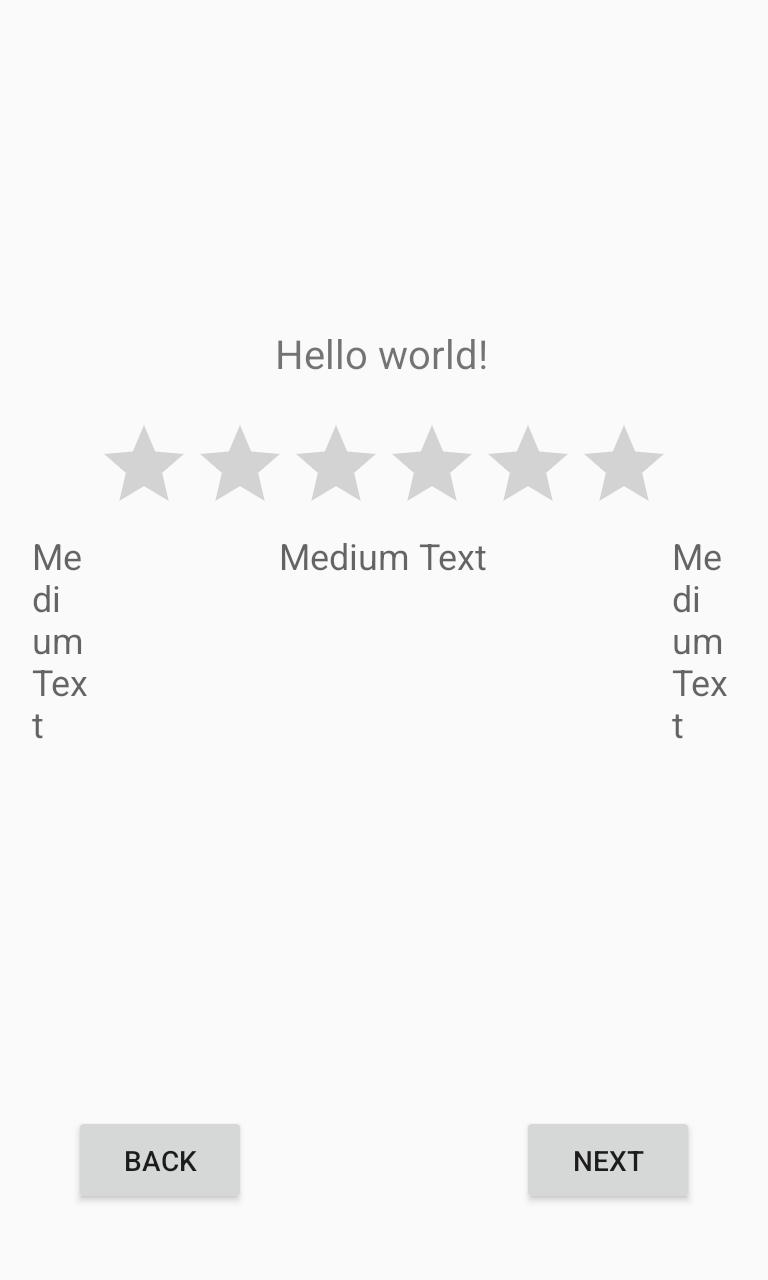
Repository: stevelyall/ERapp
Layout: ERsurvey/res/layout/activity_survey.xml
These files come from the project's save history. The layout is drawn as it stood at one moment and after the next save; the edit follows.
It is drawn on a 768 x 1280 px phone screen (xhdpi) without system bars, with theme AppTheme; the app's code is not run.

Above is the layout before, as saved 2014-10-26 01:52:50.

### ERsurvey/res/layout/activity_survey.xml
<LinearLayout xmlns:android="http://schemas.android.com/apk/res/android"
    xmlns:tools="http://schemas.android.com/tools"
    android:id="@+id/l1"
    android:layout_width="match_parent"
    android:layout_height="match_parent"
    android:orientation="vertical" >

    <RelativeLayout
        android:layout_width="match_parent"
        android:layout_height="match_parent"
        android:paddingBottom="@dimen/activity_vertical_margin"
        android:paddingLeft="@dimen/activity_horizontal_margin"
        android:paddingRight="@dimen/activity_horizontal_margin"
        android:paddingTop="@dimen/activity_vertical_margin"
        tools:context="ca.stevenlyall.ersurvey.MainActivity" >

        <Button
            android:id="@+id/backButton"
            android:layout_width="wrap_content"
            android:layout_height="wrap_content"
            android:layout_alignParentBottom="true"
            android:layout_alignParentLeft="true"
            android:layout_marginBottom="20dp"
            android:layout_marginLeft="20dp"
            android:text="@string/back" />

        <Button
            android:id="@+id/nextButton"
            android:layout_width="wrap_content"
            android:layout_height="wrap_content"
            android:layout_alignBaseline="@id/backButton"
            android:layout_alignBottom="@id/backButton"
            android:layout_alignParentRight="true"
            android:layout_marginRight="20dp"
            android:text="@string/next" />

        <RatingBar
            android:id="@+id/rating"
            android:layout_width="wrap_content"
            android:layout_height="wrap_content"
            android:layout_above="@+id/lowDesc"
            android:layout_centerHorizontal="true"
            android:indeterminate="false"
            android:numStars="6"
            android:stepSize="1.0" />

        <TextView
            android:id="@+id/medDesc"
            android:layout_width="wrap_content"
            android:layout_height="wrap_content"
            android:layout_below="@+id/rating"
            android:layout_centerHorizontal="true"
            android:text="Medium Text"
            android:textAppearance="?android:attr/textAppearanceMedium" />

        <TextView
            android:id="@+id/highDesc"
            android:layout_width="wrap_content"
            android:layout_height="wrap_content"
            android:layout_centerVertical="true"
            android:layout_toRightOf="@+id/rating"
            android:text="Medium Text"
            android:textAppearance="?android:attr/textAppearanceMedium" />

        <TextView
            android:id="@+id/questionTextView"
            android:layout_width="wrap_content"
            android:layout_height="wrap_content"
            android:layout_alignBottom="@+id/medDesc"
            android:layout_alignRight="@+id/medDesc"
            android:layout_marginBottom="100dp"
            android:gravity="center_horizontal"
            android:text="@string/hello_world"
            android:textSize="20sp" />

        <TextView
            android:id="@+id/lowDesc"
            android:layout_width="wrap_content"
            android:layout_height="wrap_content"
            android:layout_alignBaseline="@+id/highDesc"
            android:layout_alignBottom="@+id/highDesc"
            android:layout_toLeftOf="@+id/rating"
            android:text="Medium Text"
            android:textAppearance="?android:attr/textAppearanceMedium" />
    </RelativeLayout>

</LinearLayout>

### ERsurvey/res/values/strings.xml
<?xml version="1.0" encoding="utf-8"?>
<resources>

    <string name="app_name">ERsurvey</string>
    <string name="hello_world">Hello world!</string>
    <string name="action_settings">Settings</string>
    <string name="back">Back</string>
    <string name="next">Next</string>

</resources>

### ERsurvey/res/values/colors.xml
<?xml version="1.0" encoding="utf-8"?>
<resources>
 <color name="White">#FFFFFF</color>
 <color name="Ivory">#FFFFF0</color>
 <color name="LightYellow">#FFFFE0</color>
 <color name="Yellow">#FFFF00</color>
 <color name="Snow">#FFFAFA</color>
 <color name="FloralWhite">#FFFAF0</color>
 <color name="LemonChiffon">#FFFACD</color>
 <color name="Cornsilk">#FFF8DC</color>
 <color name="Seashell">#FFF5EE</color>
 <color name="LavenderBlush">#FFF0F5</color>
 <color name="PapayaWhip">#FFEFD5</color>
 <color name="BlanchedAlmond">#FFEBCD</color>
 <color name="MistyRose">#FFE4E1</color>
 <color name="Bisque">#FFE4C4</color>
 <color name="Moccasin">#FFE4B5</color>
 <color name="NavajoWhite">#FFDEAD</color>
 <color name="PeachPuff">#FFDAB9</color>
 <color name="Gold">#FFD700</color>
 <color name="Pink">#FFC0CB</color>
 <color name="LightPink">#FFB6C1</color>
 <color name="Orange">#FFA500</color>
 <color name="LightSalmon">#FFA07A</color>
 <color name="DarkOrange">#FF8C00</color>
 <color name="Coral">#FF7F50</color>
 <color name="HotPink">#FF69B4</color>
 <color name="Tomato">#FF6347</color>
 <color name="OrangeRed">#FF4500</color>
 <color name="DeepPink">#FF1493</color>
 <color name="Fuchsia">#FF00FF</color>
 <color name="Magenta">#FF00FF</color>
 <color name="Red">#FF0000</color>
 <color name="OldLace">#FDF5E6</color>
 <color name="LightGoldenrodYellow">#FAFAD2</color>
 <color name="Linen">#FAF0E6</color>
 <color name="AntiqueWhite">#FAEBD7</color>
 <color name="Salmon">#FA8072</color>
 <color name="GhostWhite">#F8F8FF</color>
 <color name="MintCream">#F5FFFA</color>
 <color name="WhiteSmoke">#F5F5F5</color>
 <color name="Beige">#F5F5DC</color>
 <color name="Wheat">#F5DEB3</color>
 <color name="SandyBrown">#F4A460</color>
 <color name="Azure">#F0FFFF</color>
 <color name="Honeydew">#F0FFF0</color>
 <color name="AliceBlue">#F0F8FF</color>
 <color name="Khaki">#F0E68C</color>
 <color name="LightCoral">#F08080</color>
 <color name="PaleGoldenrod">#EEE8AA</color>
 <color name="Violet">#EE82EE</color>
 <color name="DarkSalmon">#E9967A</color>
 <color name="Lavender">#E6E6FA</color>
 <color name="LightCyan">#E0FFFF</color>
 <color name="BurlyWood">#DEB887</color>
 <color name="Plum">#DDA0DD</color>
 <color name="Gainsboro">#DCDCDC</color>
 <color name="Crimson">#DC143C</color>
 <color name="PaleVioletRed">#DB7093</color>
 <color name="Goldenrod">#DAA520</color>
 <color name="Orchid">#DA70D6</color>
 <color name="Thistle">#D8BFD8</color>
 <color name="LightGrey">#D3D3D3</color>
 <color name="Tan">#D2B48C</color>
 <color name="Chocolate">#D2691E</color>
 <color name="Peru">#CD853F</color>
 <color name="IndianRed">#CD5C5C</color>
 <color name="MediumVioletRed">#C71585</color>
 <color name="Silver">#C0C0C0</color>
 <color name="DarkKhaki">#BDB76B</color>
 <color name="RosyBrown">#BC8F8F</color>
 <color name="MediumOrchid">#BA55D3</color>
 <color name="DarkGoldenrod">#B8860B</color>
 <color name="FireBrick">#B22222</color>
 <color name="PowderBlue">#B0E0E6</color>
 <color name="LightSteelBlue">#B0C4DE</color>
 <color name="PaleTurquoise">#AFEEEE</color>
 <color name="GreenYellow">#ADFF2F</color>
 <color name="LightBlue">#ADD8E6</color>
 <color name="DarkGray">#A9A9A9</color>
 <color name="Brown">#A52A2A</color>
 <color name="Sienna">#A0522D</color>
 <color name="YellowGreen">#9ACD32</color>
 <color name="DarkOrchid">#9932CC</color>
 <color name="PaleGreen">#98FB98</color>
 <color name="DarkViolet">#9400D3</color>
 <color name="MediumPurple">#9370DB</color>
 <color name="LightGreen">#90EE90</color>
 <color name="DarkSeaGreen">#8FBC8F</color>
 <color name="SaddleBrown">#8B4513</color>
 <color name="DarkMagenta">#8B008B</color>
 <color name="DarkRed">#8B0000</color>
 <color name="BlueViolet">#8A2BE2</color>
 <color name="LightSkyBlue">#87CEFA</color>
 <color name="SkyBlue">#87CEEB</color>
 <color name="Gray">#808080</color>
 <color name="Olive">#808000</color>
 <color name="Purple">#800080</color>
 <color name="Maroon">#800000</color>
 <color name="Aquamarine">#7FFFD4</color>
 <color name="Chartreuse">#7FFF00</color>
 <color name="LawnGreen">#7CFC00</color>
 <color name="MediumSlateBlue">#7B68EE</color>
 <color name="LightSlateGray">#778899</color>
 <color name="SlateGray">#708090</color>
 <color name="OliveDrab">#6B8E23</color>
 <color name="SlateBlue">#6A5ACD</color>
 <color name="DimGray">#696969</color>
 <color name="MediumAquamarine">#66CDAA</color>
 <color name="CornflowerBlue">#6495ED</color>
 <color name="CadetBlue">#5F9EA0</color>
 <color name="DarkOliveGreen">#556B2F</color>
 <color name="Indigo">#4B0082</color>
 <color name="MediumTurquoise">#48D1CC</color>
 <color name="DarkSlateBlue">#483D8B</color>
 <color name="SteelBlue">#4682B4</color>
 <color name="RoyalBlue">#4169E1</color>
 <color name="Turquoise">#40E0D0</color>
 <color name="MediumSeaGreen">#3CB371</color>
 <color name="LimeGreen">#32CD32</color>
 <color name="DarkSlateGray">#2F4F4F</color>
 <color name="SeaGreen">#2E8B57</color>
 <color name="ForestGreen">#228B22</color>
 <color name="LightSeaGreen">#20B2AA</color>
 <color name="DodgerBlue">#1E90FF</color>
 <color name="MidnightBlue">#191970</color>
 <color name="Aqua">#00FFFF</color>
 <color name="Cyan">#00FFFF</color>
 <color name="SpringGreen">#00FF7F</color>
 <color name="Lime">#00FF00</color>
 <color name="MediumSpringGreen">#00FA9A</color>
 <color name="DarkTurquoise">#00CED1</color>
 <color name="DeepSkyBlue">#00BFFF</color>
 <color name="DarkCyan">#008B8B</color>
 <color name="Teal">#008080</color>
 <color name="Green">#008000</color>
 <color name="DarkGreen">#006400</color>
 <color name="Blue">#0000FF</color>
 <color name="MediumBlue">#0000CD</color>
 <color name="DarkBlue">#00008B</color>
 <color name="Navy">#000080</color>
 <color name="Black">#000000</color>
</resources>

Loaded but not shown: ERsurvey/res/values/styles.xml (common file); ERsurvey/res/values-v11/styles.xml (common file); ERsurvey/res/values-v14/styles.xml (common file); ERsurvey/res/values/dimens.xml (common file); ERsurvey/res/values-w820dp/dimens.xml (common file)

After the next save:
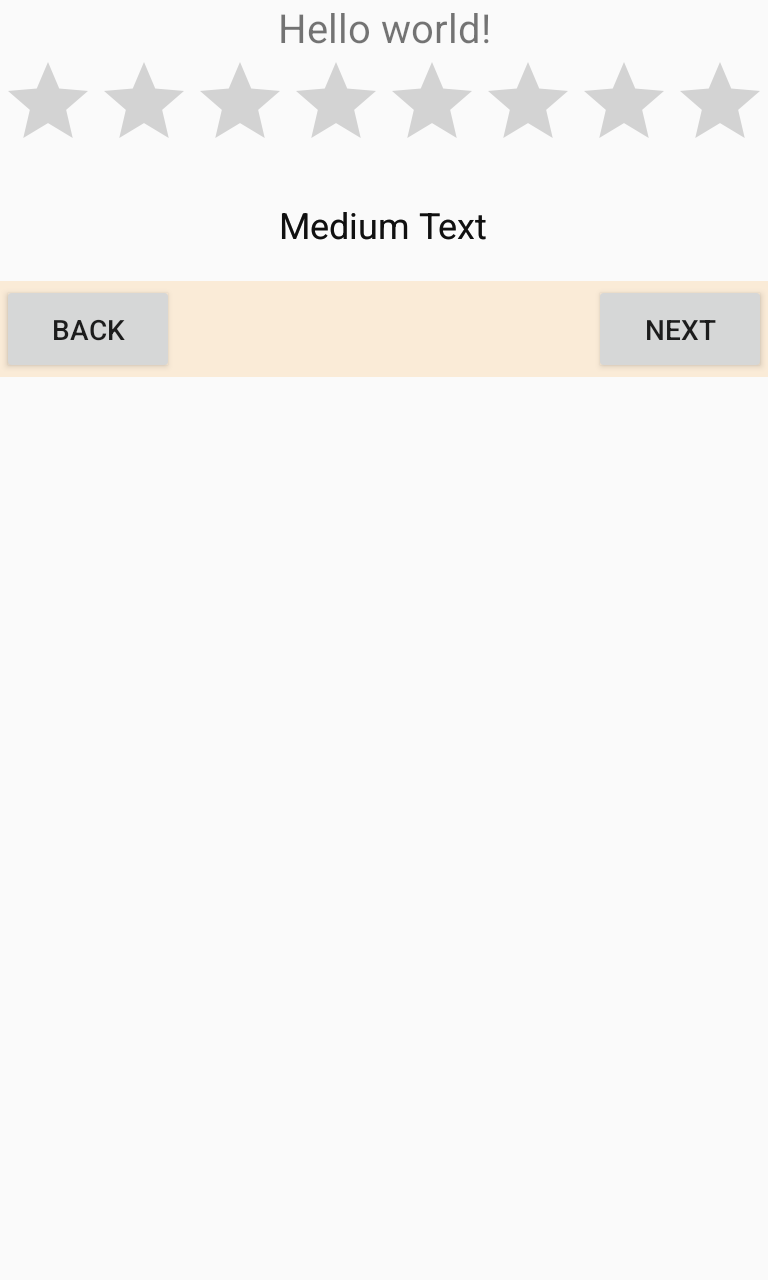
Saved 9 min 37 s later.
--- a/ERsurvey/res/layout/activity_survey.xml
+++ b/ERsurvey/res/layout/activity_survey.xml
@@ -5,50 +5,49 @@
     android:layout_height="match_parent"
     android:orientation="vertical" >
 
+    <TableRow
+        android:id="@+id/tableRow1"
+        android:layout_width="match_parent"
+        android:layout_height="wrap_content" >
+
+        <TextView
+            android:id="@+id/questionTextView"
+            android:layout_width="match_parent"
+            android:layout_height="wrap_content"
+            android:layout_marginBottom="0dp"
+            android:gravity="center_horizontal"
+            android:text="@string/hello_world"
+            android:textSize="20sp" />
+    </TableRow>
+
+    <TableRow
+        android:id="@+id/tableRow2"
+        android:layout_width="match_parent"
+        android:layout_height="wrap_content" >
+
+        <RatingBar
+            android:id="@+id/rating"
+            android:layout_width="match_parent"
+            android:layout_height="wrap_content"
+            android:layout_gravity="center_horizontal"
+            android:indeterminate="false"
+            android:numStars="6"
+            android:stepSize="1.0" />
+    </TableRow>
+
     <RelativeLayout
         android:layout_width="match_parent"
-        android:layout_height="match_parent"
+        android:layout_height="wrap_content"
         android:paddingBottom="@dimen/activity_vertical_margin"
         android:paddingLeft="@dimen/activity_horizontal_margin"
         android:paddingRight="@dimen/activity_horizontal_margin"
         android:paddingTop="@dimen/activity_vertical_margin"
         tools:context="ca.stevenlyall.ersurvey.MainActivity" >
 
-        <Button
-            android:id="@+id/backButton"
-            android:layout_width="wrap_content"
-            android:layout_height="wrap_content"
-            android:layout_alignParentBottom="true"
-            android:layout_alignParentLeft="true"
-            android:layout_marginBottom="20dp"
-            android:layout_marginLeft="20dp"
-            android:text="@string/back" />
-
-        <Button
-            android:id="@+id/nextButton"
-            android:layout_width="wrap_content"
-            android:layout_height="wrap_content"
-            android:layout_alignBaseline="@id/backButton"
-            android:layout_alignBottom="@id/backButton"
-            android:layout_alignParentRight="true"
-            android:layout_marginRight="20dp"
-            android:text="@string/next" />
-
-        <RatingBar
-            android:id="@+id/rating"
-            android:layout_width="wrap_content"
-            android:layout_height="wrap_content"
-            android:layout_above="@+id/lowDesc"
-            android:layout_centerHorizontal="true"
-            android:indeterminate="false"
-            android:numStars="6"
-            android:stepSize="1.0" />
-
         <TextView
             android:id="@+id/medDesc"
             android:layout_width="wrap_content"
             android:layout_height="wrap_content"
-            android:layout_below="@+id/rating"
             android:layout_centerHorizontal="true"
             android:text="Medium Text"
             android:textAppearance="?android:attr/textAppearanceMedium" />
@@ -57,21 +56,10 @@
             android:id="@+id/highDesc"
             android:layout_width="wrap_content"
             android:layout_height="wrap_content"
+            android:layout_centerHorizontal="true"
             android:layout_centerVertical="true"
-            android:layout_toRightOf="@+id/rating"
             android:text="Medium Text"
             android:textAppearance="?android:attr/textAppearanceMedium" />
-
-        <TextView
-            android:id="@+id/questionTextView"
-            android:layout_width="wrap_content"
-            android:layout_height="wrap_content"
-            android:layout_alignBottom="@+id/medDesc"
-            android:layout_alignRight="@+id/medDesc"
-            android:layout_marginBottom="100dp"
-            android:gravity="center_horizontal"
-            android:text="@string/hello_world"
-            android:textSize="20sp" />
 
         <TextView
             android:id="@+id/lowDesc"
@@ -79,9 +67,32 @@
             android:layout_height="wrap_content"
             android:layout_alignBaseline="@+id/highDesc"
             android:layout_alignBottom="@+id/highDesc"
-            android:layout_toLeftOf="@+id/rating"
+            android:layout_centerHorizontal="true"
             android:text="Medium Text"
             android:textAppearance="?android:attr/textAppearanceMedium" />
+
+    </RelativeLayout>
+
+    <RelativeLayout
+        android:layout_width="fill_parent"
+        android:layout_height="wrap_content"
+        android:background="@color/AntiqueWhite" >
+
+        <Button
+            android:id="@+id/nextButton"
+            android:layout_width="wrap_content"
+            android:layout_height="wrap_content"
+            android:layout_alignParentRight="true"
+            android:layout_alignParentTop="true"
+            android:text="@string/next" />
+
+        <Button
+            android:id="@+id/backButton"
+            android:layout_width="wrap_content"
+            android:layout_height="wrap_content"
+            android:layout_alignParentLeft="true"
+            android:layout_alignParentTop="true"
+            android:text="@string/back" />
     </RelativeLayout>
 
 </LinearLayout>
